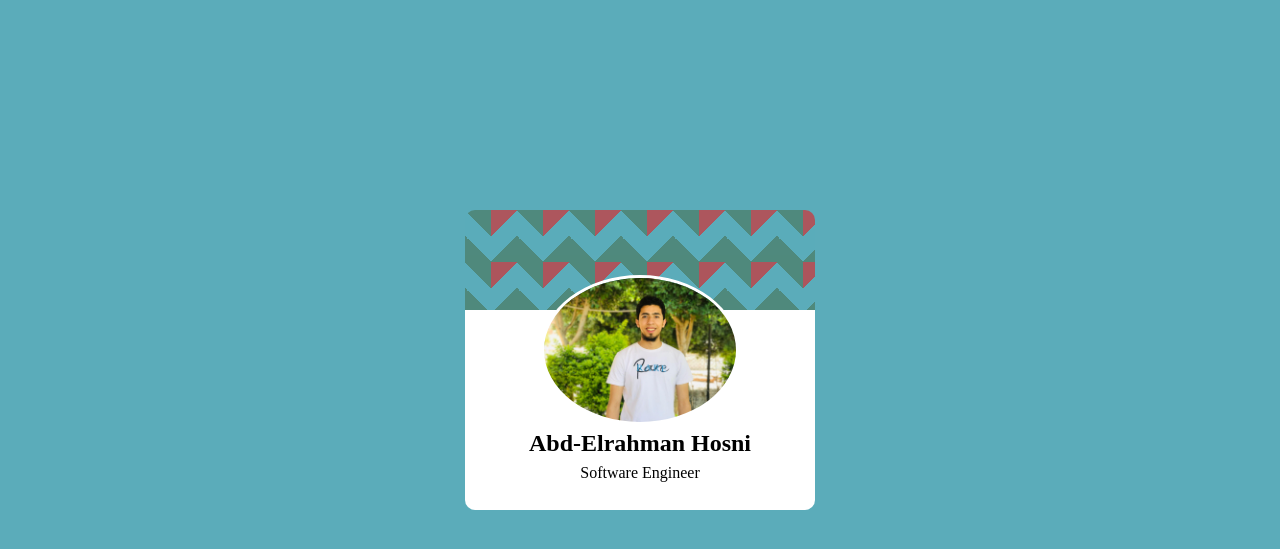
Repository: Abdo-Hosni123/Html-and-css-projects
Page: index.html
An editor plug-in stored every save of this project. The page is shown before and after the next save, followed by the edit.
The browser window is 1280 px wide. The pictures show the whole page.

Above is the page before, as saved 2023-12-05 22:38:08.

After the next save:
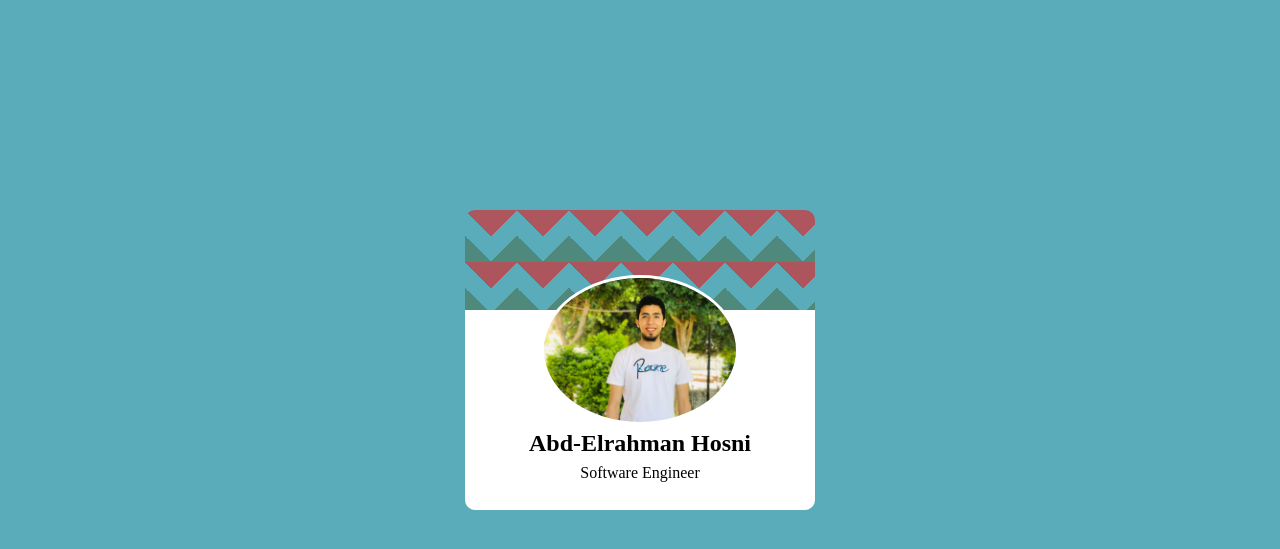
Saved 32 s later.
--- a/Style.css
+++ b/Style.css
@@ -47,7 +47,7 @@ isolation: isolate;
     opacity: 0.8;
     background-color: #5bacba;
     opacity: 0.5;
-    background-image:  linear-gradient(135deg, rgb(255, 0, 0) 25%, transparent 25%), linear-gradient(225deg, #446740 25%, transparent 25%), linear-gradient(45deg, #446740 25%, transparent 25%), linear-gradient(315deg, #446740 25%, #5bacba 25%);
+    background-image:  linear-gradient(135deg, rgb(255, 0, 0) 25%, transparent 25%), linear-gradient(225deg, rgb(255, 0, 0) 25%, transparent 25%), linear-gradient(45deg, #446740 25%, transparent 25%), linear-gradient(315deg, #446740 25%, #5bacba 25%);
     background-position:  26px 0, 26px 0, 0 0, 0 0;
     background-size: 52px 52px;
     background-repeat: repeat;
